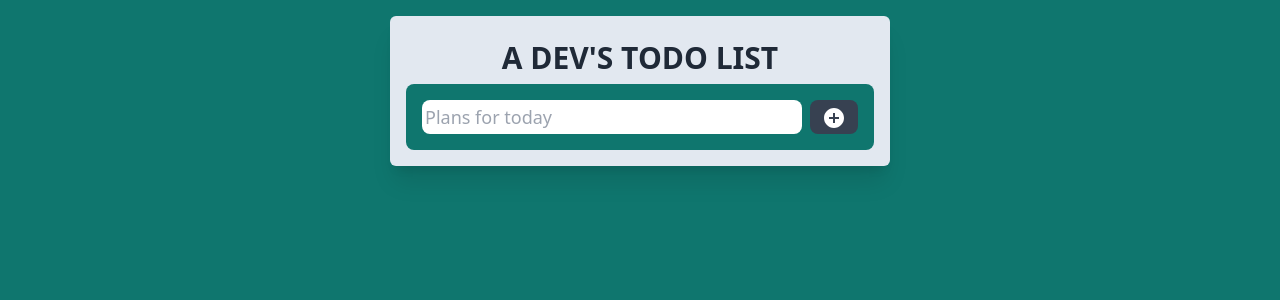
Repository: DevAntonioRogers/React-Todo-CRUD-App
Page: /
These files come from the project's save history. The page is drawn as it stood at one moment and after the next save; the edit follows.
The browser window is 1280 px wide. The pictures show the whole page.
The project was rebuilt for these pictures with package versions that can differ from the ones it lists, and the page was loaded fresh each time. Also part of the build but not shown: vite.config.ts.

Above is the page before, as saved 2023-05-14 19:26:09.

### src/App.tsx
import Form from "./components/Form";

import { useState } from "react";

const App = () => {
  const [todo, setTodo] = useState(["code", "code more"]);

  return (
    <div className="h-screen w-screen p-4 bg-teal-700">
      <div className="bg-slate-200 max-w-[500px] w-full m-auto rounded-md shadow-xl p-4">
        <h1 className="text-3xl font-bold text-center text-gray-800 p-2">A DEV'S TODO LIST</h1>
        <Form />
      </div>
    </div>
  );
};

export default App;

### src/components/Form.tsx
import AddCircleIcon from "@mui/icons-material/AddCircle";

const Form = () => {
  return (
    <form className="flex justify-between bg-teal-700 p-4 rounded-lg items-center">
      <input className="w-full text-lg rounded-lg p-[3px]" type="text" placeholder="Plans for today" />
      <button className="ml-2 p-1 bg-gray-700 px-3 rounded-lg text-white">
        <AddCircleIcon />
      </button>
    </form>
  );
};

export default Form;

### src/components/Todo.tsx
const Todo = () => {
  return (
    <li>
      <div>
        <p>{todo}</p>
      </div>
    </li>
  );
};

export default Todo;

Loaded but not shown: index.html (common file); src/main.tsx (common file); src/index.css (common file); tailwind.config.js (common file)

After the next save:
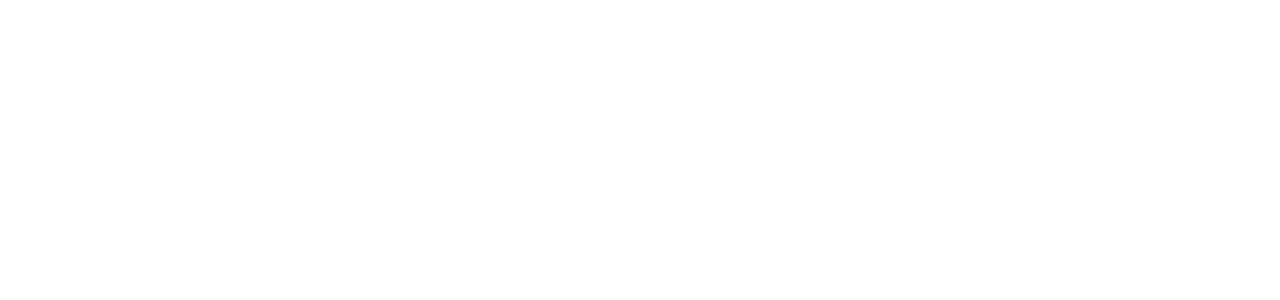
Console error: ReferenceError: todo is not defined
Saved 73 s later.
--- a/src/App.tsx
+++ b/src/App.tsx
@@ -1,6 +1,7 @@
 import Form from "./components/Form";
 
 import { useState } from "react";
+import Todo from "./components/Todo";
 
 const App = () => {
   const [todo, setTodo] = useState(["code", "code more"]);
@@ -10,6 +11,11 @@
       <div className="bg-slate-200 max-w-[500px] w-full m-auto rounded-md shadow-xl p-4">
         <h1 className="text-3xl font-bold text-center text-gray-800 p-2">A DEV'S TODO LIST</h1>
         <Form />
+        <ul>
+          {todo.map((todo, index) => (
+            <Todo todo={todo} />
+          ))}
+        </ul>
       </div>
     </div>
   );

After the 2 saves that followed:
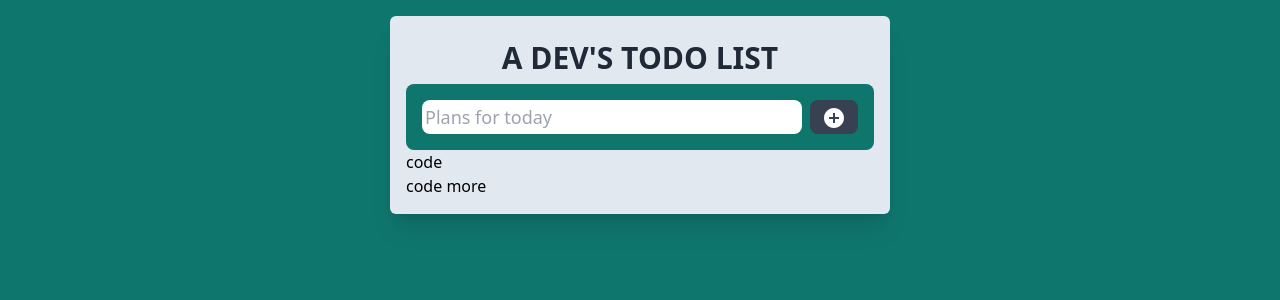
The error is gone.
The 2 saves are shown as one change because 1 left the picture as it was.
The last was saved 34 s later.
--- a/src/App.tsx
+++ b/src/App.tsx
@@ -13,7 +13,7 @@
         <Form />
         <ul>
           {todo.map((todo, index) => (
-            <Todo todo={todo} />
+            <Todo key={index} todo={todo} />
           ))}
         </ul>
       </div>
--- a/src/components/Todo.tsx
+++ b/src/components/Todo.tsx
@@ -1,4 +1,4 @@
-const Todo = () => {
+const Todo = ({ todo }) => {
   return (
     <li>
       <div>
